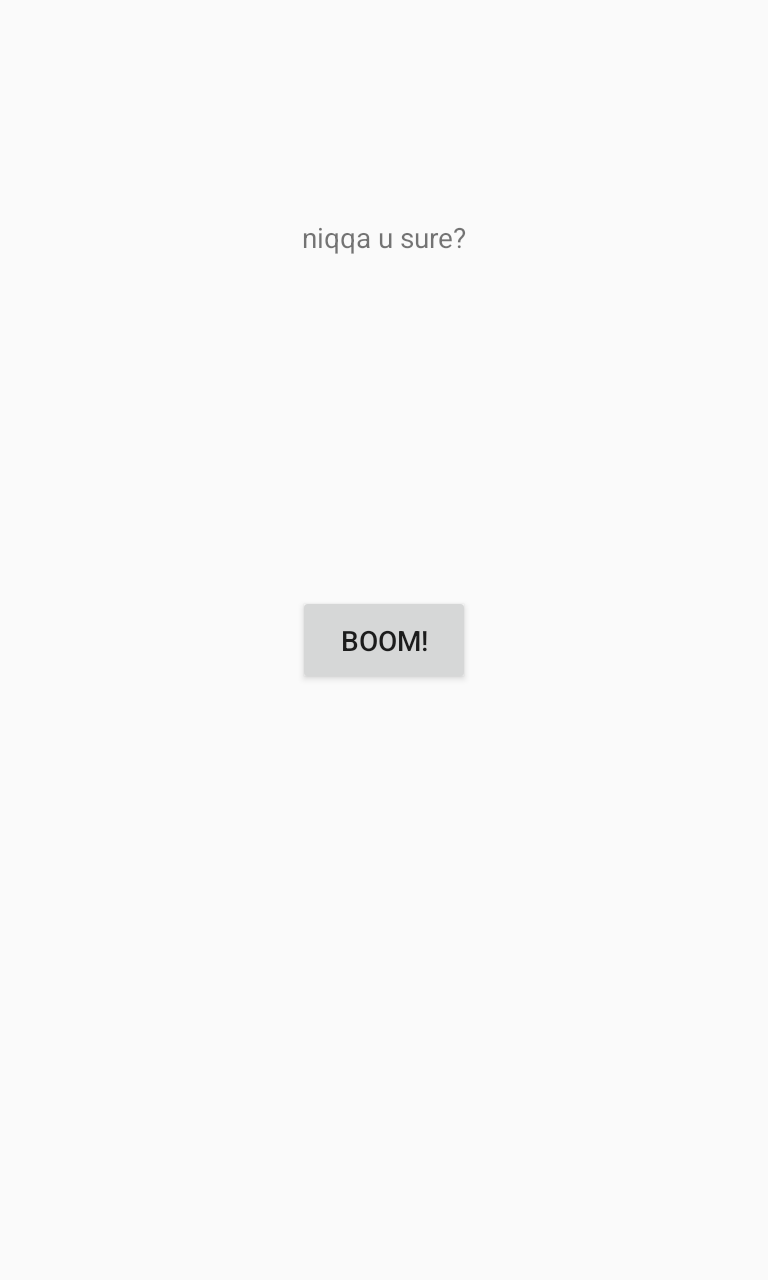
Repository: yuzhehu/workspace-androids
Layout: LoginAndPass/res/layout/activity_niqqa.xml
The author's editor kept a copy of each file at every save. The layout is drawn from the files as they stood at one save, then again after the next save.
It is drawn on a 768 x 1280 px phone screen (xhdpi) without system bars, with theme AppTheme; the app's code is not run.

Above is the layout before, as saved 2014-09-13 02:53:58.

### LoginAndPass/res/layout/activity_niqqa.xml
<?xml version="1.0" encoding="utf-8"?>
<RelativeLayout xmlns:android="http://schemas.android.com/apk/res/android"
    android:layout_width="match_parent"
    android:layout_height="match_parent"
    android:orientation="vertical" >

    <TextView
        android:id="@+id/answerTextView"
        android:layout_width="wrap_content"
        android:layout_height="wrap_content"
        android:padding="24dp" />

    <TextView
        android:layout_width="wrap_content"
        android:layout_height="wrap_content"
        android:layout_below="@+id/answerTextView"
        android:layout_centerHorizontal="true"
        android:layout_marginTop="18dp"
        android:padding="24dp"
        android:text="@string/warning_text" />

    <Button
        android:id="@+id/showAnswerButton"
        android:layout_width="wrap_content"
        android:layout_height="wrap_content"
        android:layout_centerHorizontal="true"
        android:layout_centerVertical="true"
        android:text="@string/detonate" />

</RelativeLayout>

### LoginAndPass/res/values/strings.xml
<?xml version="1.0" encoding="utf-8"?>
<resources>

    <string name="app_name">LoginAndPass</string>
    <string name="hello_world">Hello world!</string>
    <string name="action_settings">Settings</string>
    <string name="user_name">yuzhe</string>
    <string name="pass_word">12345</string>

    <string name="detonate">BOOM!</string>
    <string name="login_button">log fucking in mother fucker</string>
    <string name="warning_text">niqqa u sure?</string>
    <string name="judgment_toast">GET THE FUCK OUT</string>

</resources>

Loaded but not shown: LoginAndPass/res/values/styles.xml (common file); LoginAndPass/res/values-v11/styles.xml (common file); LoginAndPass/res/values-v14/styles.xml (common file)

After the next save:
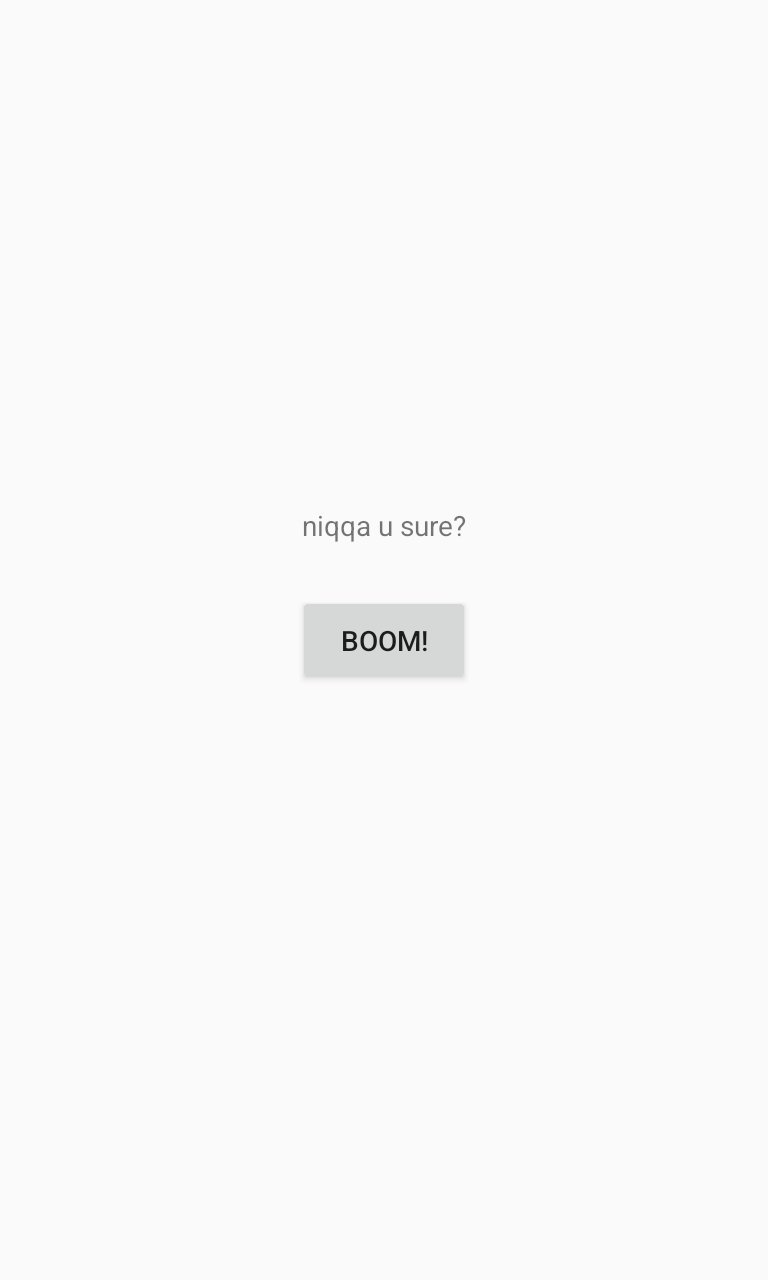
Saved 27 s later.
--- a/LoginAndPass/res/layout/activity_niqqa.xml
+++ b/LoginAndPass/res/layout/activity_niqqa.xml
@@ -10,15 +10,6 @@
         android:layout_height="wrap_content"
         android:padding="24dp" />
 
-    <TextView
-        android:layout_width="wrap_content"
-        android:layout_height="wrap_content"
-        android:layout_below="@+id/answerTextView"
-        android:layout_centerHorizontal="true"
-        android:layout_marginTop="18dp"
-        android:padding="24dp"
-        android:text="@string/warning_text" />
-
     <Button
         android:id="@+id/showAnswerButton"
         android:layout_width="wrap_content"
@@ -27,4 +18,12 @@
         android:layout_centerVertical="true"
         android:text="@string/detonate" />
 
+    <TextView
+        android:layout_width="wrap_content"
+        android:layout_height="wrap_content"
+        android:layout_above="@+id/showAnswerButton"
+        android:layout_centerHorizontal="true"
+        android:padding="24dp"
+        android:text="@string/warning_text" />
+
 </RelativeLayout>
